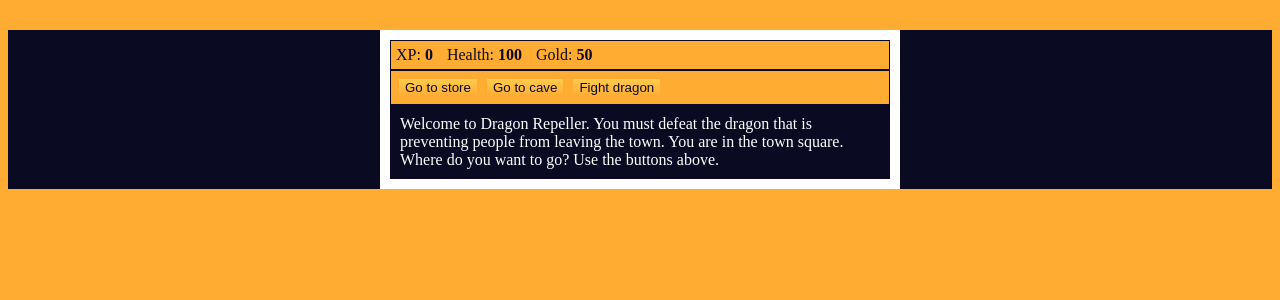
Repository: supakorn5039-boon/RPG-game
Page: index.html
The author's editor kept a copy of each file at every save. The page is drawn from the files as they stood at one save, then again after a run of saves.
The browser window is 1280 px wide. The pictures show the whole page.

Above is the page before, as saved 2023-12-26 20:22:48.

### index.html
<!DOCTYPE html>
<html lang="en">
  <head>
    <meta charset="utf-8" />
    <link rel="stylesheet" href="styless.css" />
    <title>RPG - Dragon Repeller</title>

  </head>
  <body>
    <div id="game">
      <div id="stats">
        <span class="stat"
          >XP: <strong><span id="xpText">0</span></strong></span
        >
        <span class="stat"
          >Health: <strong><span id="healthText">100</span></strong></span
        >
        <span class="stat"
          >Gold: <strong><span id="goldText">50</span></strong></span
        >
      </div>
      <div id="controls">
        <button id="button1">Go to store</button>
        <button id="button2">Go to cave</button>
        <button id="button3">Fight dragon</button>
      </div>
      <div id="monsterStats">
        <span class="stat"
          >Monster Name: <strong><span id="monsterName"></span></strong
        ></span>
        <span class="stat"
          >Health: <strong><span id="monsterHealth"></span></strong
        ></span>
      </div>
      <div id="text">
        Welcome to Dragon Repeller. You must defeat the dragon that is
        preventing people from leaving the town. You are in the town square.
        Where do you want to go? Use the buttons above.
      </div>
    </div>
    <script src="index.js"></script>


  </body>
</html>

### styless.css
* {
  background-color: #feac32;
}

body {
  background-color: #0a0a23;
}

#text {
  background-color: #0a0a23;
  color: #ffffff;
  padding: 10px;
}

#game {
  max-width: 500px;
  max-height: 400px;
  background-color: #ffffff;
  color: #ffffff;
  margin: 30px auto 0px;
  padding: 10px;
}

#controls,
#stats {
  border: 1px solid #0a0a23;
  padding: 5px;
  color: #0a0a23;
}

#monsterStats {
  display: none;
  border: 1px solid #0a0a23;
  padding: 5px;
  color: #ffffff;
  background-color: #c70d0d;
}

.stat {
  padding-right: 10px;
}

button {
  cursor: pointer;
  color: #0a0a23;
  background-color: #feac32;
  background-image: linear-gradient(#fecc4c, #ffac33);
  border: 3px solid #feac32;
}

### index.js
let xp = 0;
let health = 100;
let gold = 50;
let currentWeapon = 0;
let fighting;
let monsterHealth;
let inventory = ["stick"];

const button1 = document.querySelector("#button1");
const button2 = document.querySelector("#button2");
const button3 = document.querySelector("#button3");
const text = document.querySelector("#text");
const xpText = document.querySelector("#xpText");
const healthText = document.querySelector("#healthText");
const goldText = document.querySelector("#goldText");
const monsterStats = document.querySelector("#monsterStats");
const monsterName = document.querySelector("#monsterName");
const monsterHealthText = document.querySelector("#monsterHealth");
const weapons = [
  { name: "stick", power: 5 },
  { name: "dagger", power: 30 },
  { name: "claw hammer", power: 50 },
  { name: "sword", power: 100 },
];
const monsters = [
  {
    name: "slime",
    level: 2,
    health: 15,
  },
  {
    name: "fanged beast",
    level: 8,
    health: 60,
  },
  {
    name: "dragon",
    level: 20,
    health: 300,
  },
];
const locations = [
  {
    name: "town square",
    "button text": ["Go to store", "Go to cave", "Fight dragon"],
    "button functions": [goStore, goCave, fightDragon],
    text: 'You are in the town square. You see a sign that says "Store".',
  },
  {
    name: "store",
    "button text": [
      "Buy 10 health (10 gold)",
      "Buy weapon (30 gold)",
      "Go to town square",
    ],
    "button functions": [buyHealth, buyWeapon, goTown],
    text: "You enter the store.",
  },
  {
    name: "cave",
    "button text": ["Fight slime", "Fight fanged beast", "Go to town square"],
    "button functions": [fightSlime, fightBeast, goTown],
    text: "You enter the cave. You see some monsters.",
  },
  {
    name: "fight",
    "button text": ["Attack", "Dodge", "Run"],
    "button functions": [attack, dodge, goTown],
    text: "You are fighting a monster.",
  },
  {
    name: "kill monster",
    "button text": [
      "Go to town square",
      "Go to town square",
      "Go to town square",
    ],
    "button functions": [goTown, goTown, easterEgg],
    text: 'The monster screams "Arg!" as it dies. You gain experience points and find gold.',
  },
  {
    name: "lose",
    "button text": ["REPLAY?", "REPLAY?", "REPLAY?"],
    "button functions": [restart, restart, restart],
    text: "You die. ☠️",
  },
  {
    name: "win",
    "button text": ["REPLAY?", "REPLAY?", "REPLAY?"],
    "button functions": [restart, restart, restart],
    text: "You defeat the dragon! YOU WIN THE GAME! 🎉",
  },
  {
    name: "easter egg",
    "button text": ["2", "8", "Go to town square?"],
    "button functions": [pickTwo, pickEight, goTown],
    text: "You find a secret game. Pick a number above. Ten numbers will be randomly chosen between 0 and 10. If the number you choose matches one of the random numbers, you win!",
  },
];

// initialize buttons
button1.onclick = goStore;
button2.onclick = goCave;
button3.onclick = fightDragon;

function update(location) {
  monsterStats.style.display = "none";
  button1.innerText = location["button text"][0];
  button2.innerText = location["button text"][1];
  button3.innerText = location["button text"][2];
  button1.onclick = location["button functions"][0];
  button2.onclick = location["button functions"][1];
  button3.onclick = location["button functions"][2];
  text.innerText = location.text;
}

function goTown() {
  update(locations[0]);
}

function goStore() {
  update(locations[1]);
}

function goCave() {
  update(locations[2]);
}

function buyHealth() {
  if (gold >= 10) {
    gold -= 10;
    health += 10;
    goldText.innerText = gold;
    healthText.innerText = health;
  } else {
    text.innerText = "You do not have enough gold to buy health.";
  }
}

function buyWeapon() {
  if (currentWeapon < weapons.length - 1) {
    if (gold >= 30) {
      gold -= 30;
      currentWeapon++;
      goldText.innerText = gold;
      let newWeapon = weapons[currentWeapon].name;
      text.innerText = "You now have a " + newWeapon + ".";
      inventory.push(newWeapon);
      text.innerText += " In your inventory you have: " + inventory;
    } else {
      text.innerText = "You do not have enough gold to buy a weapon.";
    }
  } else {
    text.innerText = "You already have the most powerful weapon!";
    button2.innerText = "Sell weapon for 15 gold";
    button2.onclick = sellWeapon;
  }
}

function sellWeapon() {
  if (inventory.length > 1) {
    gold += 15;
    goldText.innerText = gold;
    let currentWeapon = inventory.shift();
    text.innerText = "You sold a " + currentWeapon + ".";
    text.innerText += " In your inventory you have: " + inventory;
  } else {
    text.innerText = "Don't sell your only weapon!";
  }
}

function fightSlime() {
  fighting = 0;
  goFight();
}

function fightBeast() {
  fighting = 1;
  goFight();
}

function fightDragon() {
  fighting = 2;
  goFight();
}

function goFight() {
  update(locations[3]);
  monsterHealth = monsters[fighting].health;
  monsterStats.style.display = "block";
  monsterName.innerText = monsters[fighting].name;
  monsterHealthText.innerText = monsterHealth;
}

function attack() {
  text.innerText = "The " + monsters[fighting].name + " attacks.";
  text.innerText +=
    " You attack it with your " + weapons[currentWeapon].name + ".";
  health -= getMonsterAttackValue(monsters[fighting].level);
  if (isMonsterHit()) {
    monsterHealth -=
      weapons[currentWeapon].power + Math.floor(Math.random() * xp) + 1;
  } else {
    text.innerText += " You miss.";
  }
  healthText.innerText = health;
  monsterHealthText.innerText = monsterHealth;
  if (health <= 0) {
    lose();
  } else if (monsterHealth <= 0) {
    fighting === 2 ? winGame() : defeatMonster();
  }
  if (Math.random() <= 0.1 && inventory.length !== 1) {
    text.innerText += " Your " + inventory.pop() + " breaks.";
    currentWeapon--;
  }
}

function getMonsterAttackValue(level) {
  const hit = level * 5 - Math.floor(Math.random() * xp);
  console.log(hit);
  return hit > 0 ? hit : 0;
}

function isMonsterHit() {
  return Math.random() > 0.2 || health < 20;
}

function dodge() {
  text.innerText = "You dodge the attack from the " + monsters[fighting].name;
}

function defeatMonster() {
  gold += Math.floor(monsters[fighting].level * 6.7);
  xp += monsters[fighting].level;
  goldText.innerText = gold;
  xpText.innerText = xp;
  update(locations[4]);
}

function lose() {
  update(locations[5]);
}

function winGame() {
  update(locations[6]);
}

function restart() {
  xp = 0;
  health = 100;
  gold = 50;
  currentWeapon = 0;
  inventory = ["stick"];
  goldText.innerText = gold;
  healthText.innerText = health;
  xpText.innerText = xp;
  goTown();
}

function easterEgg() {
  update(locations[7]);
}

function pickTwo() {
  pick(2);
}

function pickEight() {
  pick(8);
}

function pick(guess) {
  let numbers = [];
  while (numbers.length < 10) {
    numbers.push(Math.floor(Math.random() * 11));
  }
  text.innerText = "You picked " + guess + ". Here are the random numbers:\n";
  for (let i = 0; i < 10; i++) {
    text.innerText += numbers[i] + "\n";
  }
  if (numbers.indexOf(guess) !== -1) {
    text.innerText += "Right! You win 20 gold!";
    gold += 20;
    goldText.innerText = gold;
  } else {
    text.innerText += "Wrong! You lose 10 health!";
    health -= 10;
    healthText.innerText = health;
    if (health <= 0) {
      lose();
    }
  }
}

After the next 2 saves:
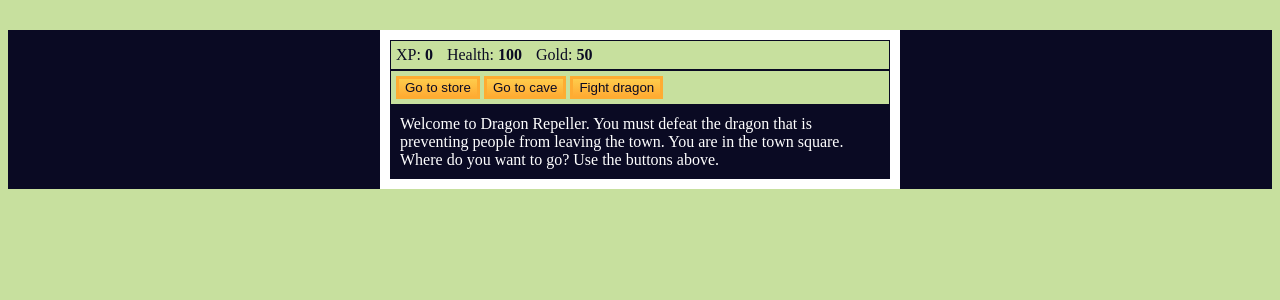
The 2 saves are shown as one change because they came seconds apart.
The last was saved 23 s later.
--- a/styless.css
+++ b/styless.css
@@ -1,5 +1,5 @@
 * {
-  background-color: #feac32;
+  background-color: #c7e09e;
 }
 
 body {
